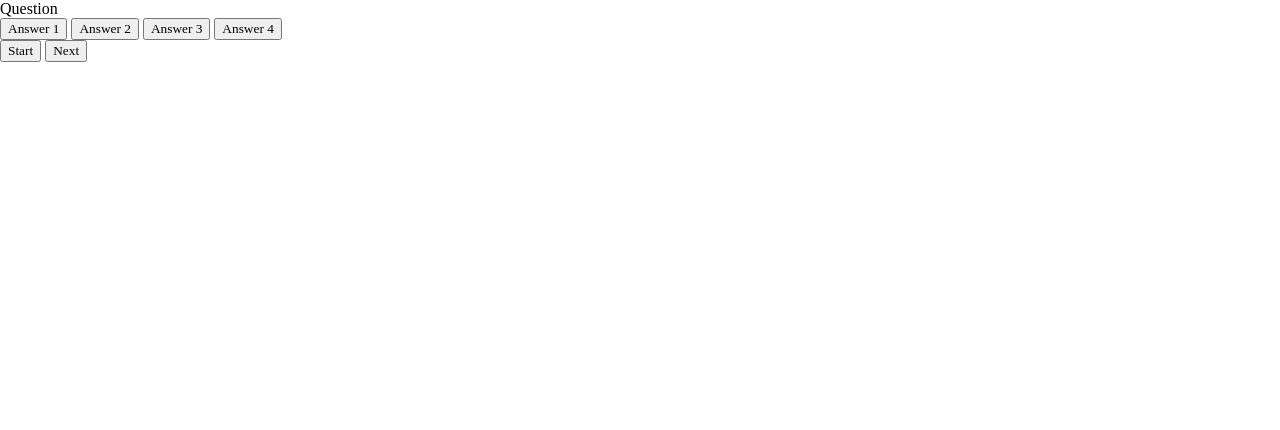
Repository: DaNiels89/quiz-js
Page: index.html
These files come from the project's save history. The page is drawn as it stood at one moment and after the next save; the edit follows.
The browser window is 1280 px wide. The pictures show the whole page.

Above is the page before, as saved 2020-06-22 09:39:54.

### index.html
<!DOCTYPE html>
<html lang="en">

<head>
    <meta charset="UTF-8">
    <meta name="viewport" content="width=device-width, initial-scale=1.0">
    <link rel="stylesheet" href="css/styles.css">
    <script defer scr="script.js"></script>
    <title>Quiz</title>
</head>

<body>
    <div class="container">
        <div id="question-container" class="hide">
            <div class="question">Question</div>
            <div id="answer-buttons" class="btn-grid">
                <button class="btn">Answer 1</button>
                <button class="btn">Answer 2</button>
                <button class="btn">Answer 3</button>
                <button class="btn">Answer 4</button>
            </div>
        </div>
        <div class="controls">
            <button id="start-btn" class="start-btn btn">Start</button>
            <button id="next-btn" class="next-btn btn">Next</button>
        </div>
    </div>
</body>

</html>

### css/styles.css
*, *::before, *::after {
    box-sizing: border-box;
    font-family: Gotham Rounded;
}

body {
    padding: 0;
    margin: 0;
    display: flex;
}

After the next save:
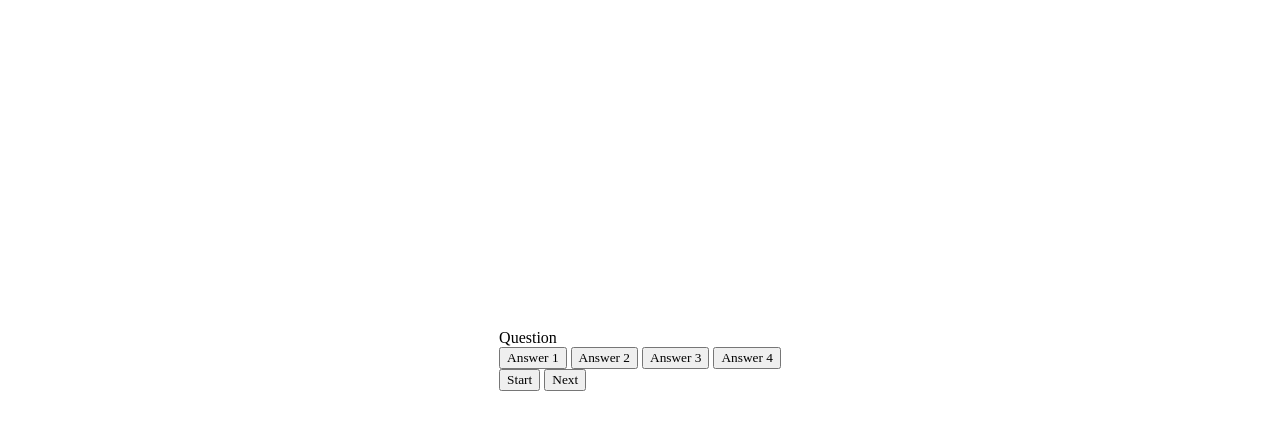
Saved 24 s later.
--- a/css/styles.css
+++ b/css/styles.css
@@ -7,4 +7,8 @@
     padding: 0;
     margin: 0;
     display: flex;
+    width: 100vw;
+    height: 100vh;
+    justify-content: center;
+    align-items: center;
 }
